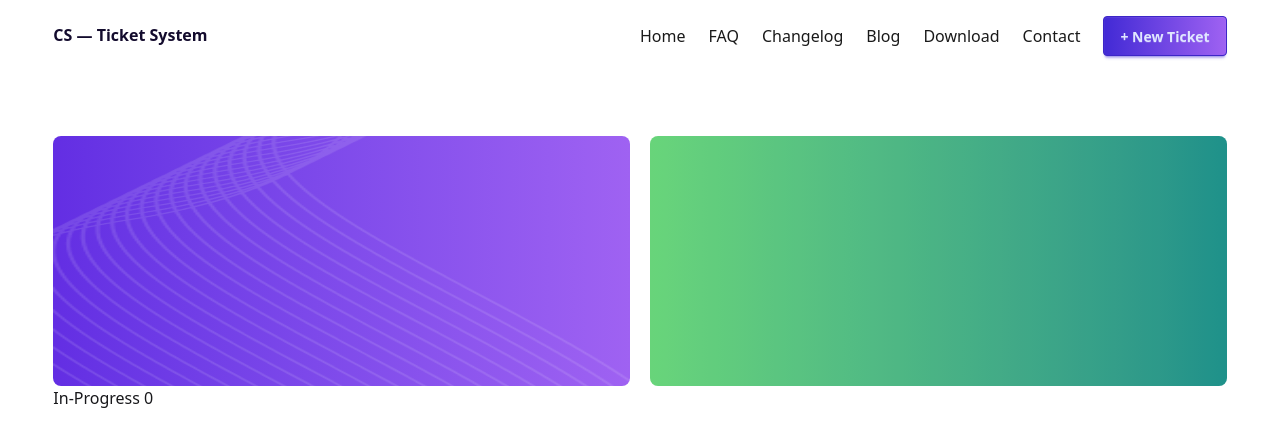
Repository: SanjidaSnigdha/Customer-Support-Zone
Page: /
An editor plug-in stored every save of this project. The page is shown before and after the next save, followed by the edit.
The browser window is 1280 px wide. The pictures show the whole page.
The project was rebuilt for these pictures with package versions that can differ from the ones it lists, and the page was loaded fresh each time. Also part of the build but not shown: vite.config.js, src/App.css.

Above is the page before, as saved 2026-03-24 02:04:02.

### index.html
<!doctype html>
<html lang="en">
  <head>
    <meta charset="UTF-8" />
    <link rel="icon" type="image/svg+xml" href="/favicon.svg" />
    <meta name="viewport" content="width=device-width, initial-scale=1.0" />
    <title>customer-support-zone</title>
  </head>
  <body>
    <div id="root"></div>
    <script type="module" src="/src/main.jsx"></script>
  </body>
</html>

### src/index.css
 @import "tailwindcss";
 @plugin "daisyui" {
  themes: light --default, dark --prefersdark;
  themes: light --default;
 }

### src/App.jsx
import { useState } from 'react'
import './App.css'
import Navbar from './component/Navbar/Navbar'
import Banner from './component/Banner/Banner'

function App() {
  const [count, setCount] = useState(0)

  return (
    <>
   <Navbar></Navbar>
   <Banner></Banner>
    </>
  )
}

export default App

### src/component/Navbar/Navbar.jsx
import React from 'react';

const Navbar = () => {
    return (
        <div className='flex justify-between w-11/12 mx-auto mt-4'>
            <div className='navbar-start'>
                <h1 className='w-[833px] h-[26px] font-bold text-[#130B2D]'>CS — Ticket System</h1>
            </div>
            <div className='navbar-end justify-between gap-3 text-[#000000]/90'>
                <a>Home</a>
                <a>FAQ</a>
                <a>Changelog</a>
                <a>Blog</a>
                <a>Download</a>
                <a>Contact</a>
         <button className='btn btn-primary bg-gradient-to-r from [#632EE3] to-[#9F62F2]'>+ New Ticket</button>
            </div>
        </div>
    );
};

export default Navbar;

### src/component/Banner/Banner.jsx
import React from 'react';
import vectorImg1 from '../../assets/vector1.png'
import vectorImg2 from '../../assets/vector2.png'

const Banner = () => {
    return (
        <div className='flex justify-between w-11/12 mx-auto mt-20 gap-5'>
            <div className='relative'>
             <img src={vectorImg1} alt="" className=' bg-gradient-to-r from-[#632EE3] to-[#9F62F2] w-[700px] h-[250px] rounded-[8px]'/>
             <p className='absolute'>In-Progress 0</p>

            </div>
            <img src={vectorImg2} alt="" className='bg-gradient-to-r from-[#54CF68] to-[#00827A] w-[700px] h-[250px] rounded-[8px]'/>
        </div>
    );
};

export default Banner;

Loaded but not shown: src/main.jsx (common file)

After the next save:
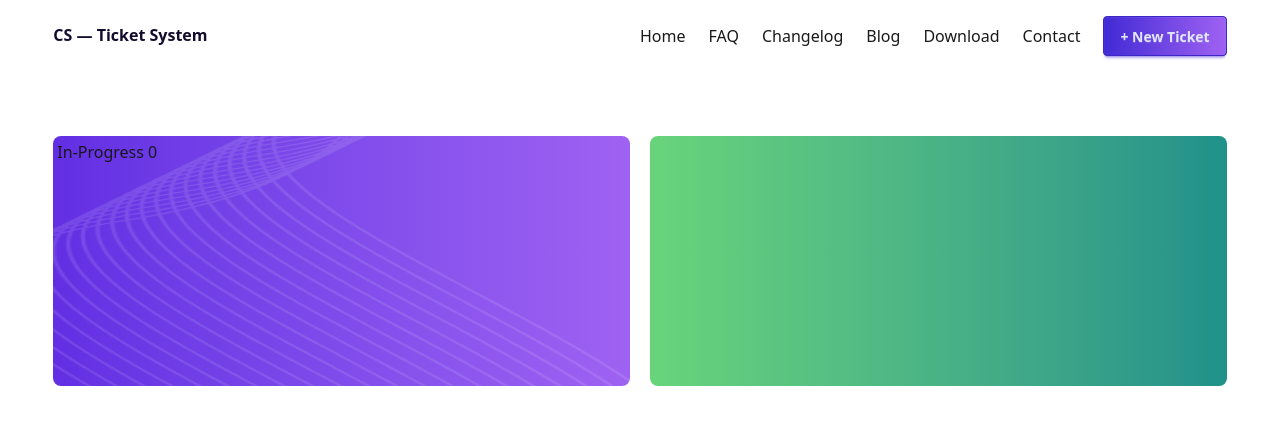
Saved 16 s later.
--- a/src/component/Banner/Banner.jsx
+++ b/src/component/Banner/Banner.jsx
@@ -7,7 +7,7 @@ const Banner = () => {
         <div className='flex justify-between w-11/12 mx-auto mt-20 gap-5'>
             <div className='relative'>
              <img src={vectorImg1} alt="" className=' bg-gradient-to-r from-[#632EE3] to-[#9F62F2] w-[700px] h-[250px] rounded-[8px]'/>
-             <p className='absolute'>In-Progress 0</p>
+             <p className='absolute inset-1'>In-Progress 0</p>
 
             </div>
             <img src={vectorImg2} alt="" className='bg-gradient-to-r from-[#54CF68] to-[#00827A] w-[700px] h-[250px] rounded-[8px]'/>
